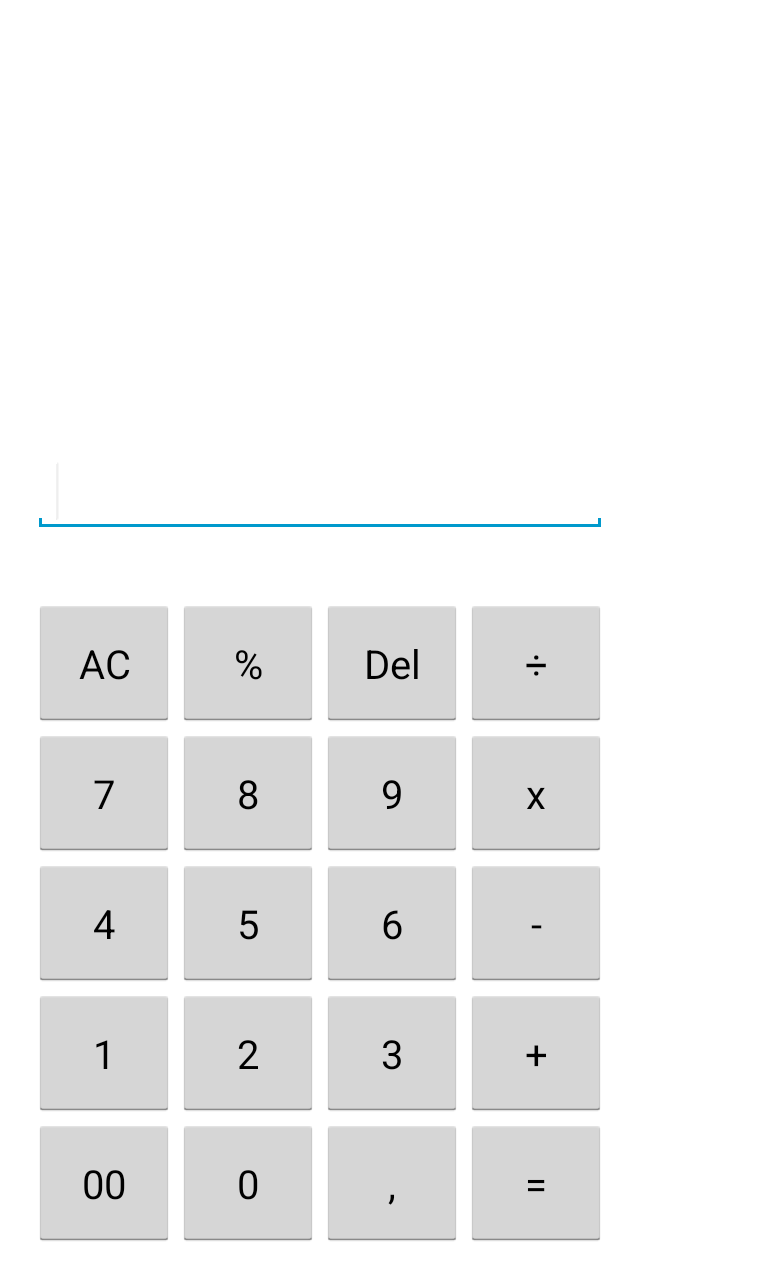
Repository: kisahtegar/mp_java_si6
Layout: MyCalculator/res/layout/activity_main.xml
An editor plug-in stored every save of this project. The layout is shown before and after the next save, followed by the edit.
It is drawn on a 768 x 1280 px phone screen (xhdpi) without system bars, with theme AppTheme; the app's code is not run.

Above is the layout before, as saved 2024-05-14 10:56:50.

After the next save:
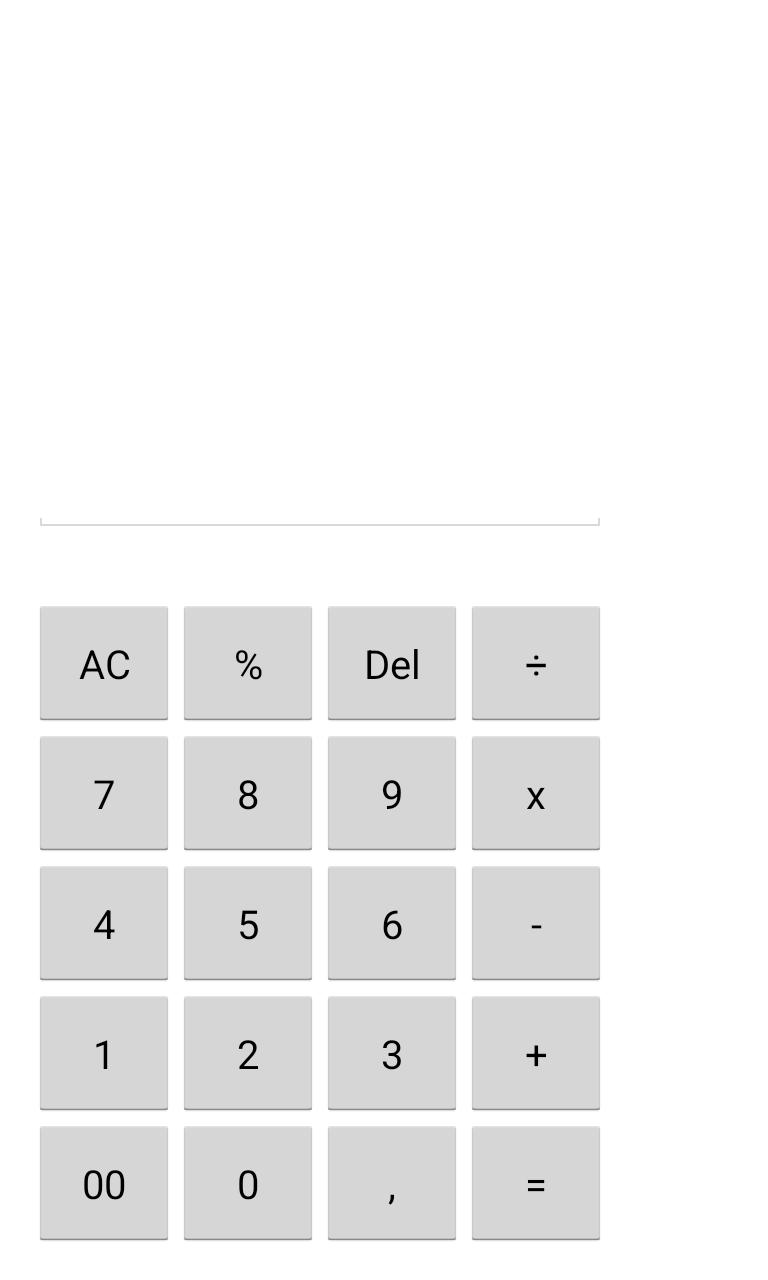
Saved 6 min 50 s later.
--- a/MyCalculator/res/layout/activity_main.xml
+++ b/MyCalculator/res/layout/activity_main.xml
@@ -17,7 +17,8 @@
         android:layout_alignRight="@+id/btnDivide"
         android:layout_marginBottom="32dp"
         android:textSize="20sp"
-        android:ems="10" >
+        android:ems="10"
+        android:enabled="false" >
 
         <requestFocus />
     </EditText>
